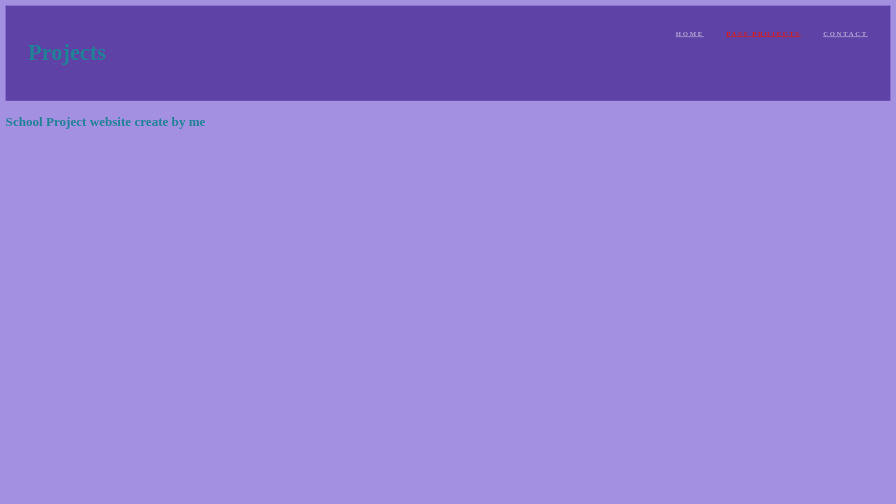
Repository: NyleNC/main
Page: projects.html
An editor plug-in stored every save of this project. The page is shown before and after the next save, followed by the edit.
The browser window is 1280 px wide. The pictures show the part of the page from y = 0 to 1920 px (the page is 720 px tall before and 3153 px after), at 70% of full size.

Above is the page before, as saved 2024-11-07 00:18:35.

### projects.html
<!DOCTYPE html>
<html lang="en">
<head>
    <meta charset="UTF-8">
    <meta name="viewport" content="width=device-width, initial-scale=1.0">
    <title>Nyle Bumanglag</title>
    <link rel="stylesheet" href="style.css">
</head>
<header id="header"><h1>Projects</h1>
    <nav>
        <ul>
            <li><a href="index.html">Home</a></li>
            <li><a href="projects.html" class="active">Pass Projects</a></li>
            <li><a href="Contact.html">Contact</a></li>
        </ul>
    </nav>
</header>
<body>
    <section>
        <div>
            <h3>School Project website create by me </h3>
        </div>



    </section>
</body>
</html>

### style.css
body{
    background: #a490e1;
    color: rgb(32, 129, 151);
}

#header {
    display: -moz-flex;
    display: -webkit-flex;
    display: -ms-flex;
    display: flex;
    background-color: #5e42a6;
    cursor: default;
    padding: 1.75em 2em;
}

    #header > .title {
        border: 0;
        color: #ffffff;
        display: block;
        font-size: 1.25em;
        font-weight: bold;
    }

    #header > nav {
        -moz-flex: 1;
        -webkit-flex: 1;
        -ms-flex: 1;
        flex: 1;
        text-align: right;
    }

        #header > nav > ul {
            margin: 0;
            padding: 0;
        }

            #header > nav > ul > li {
                display: inline-block;
      margin-left: 1.75em;
                padding: 0;
                vertical-align: middle;
            }

                #header > nav > ul > li:first-child {
                    margin-left: 0;
                }

                #header > nav > ul > li a {
                    border: 0;
                    color: rgba(255, 255, 255, 0.542);
                    display: inline-block;
                    font-size: 0.6em;
                    font-weight: bold;
                    letter-spacing: 0.25em;
                    text-transform: uppercase;
                }

                    #header > nav > ul > li a:hover {
                        color: rgb(144, 225, 164)
                    }

                    #header > nav > ul > li a.active {
                        color: #dd1a1a;
                    }

                    .image.fit {
                        display: block;
                        margin: 0 0 2em 0;
                        width: 100%;
                    }

                        .image.fit img {
                            width: 100%;
                        }

After the next save:
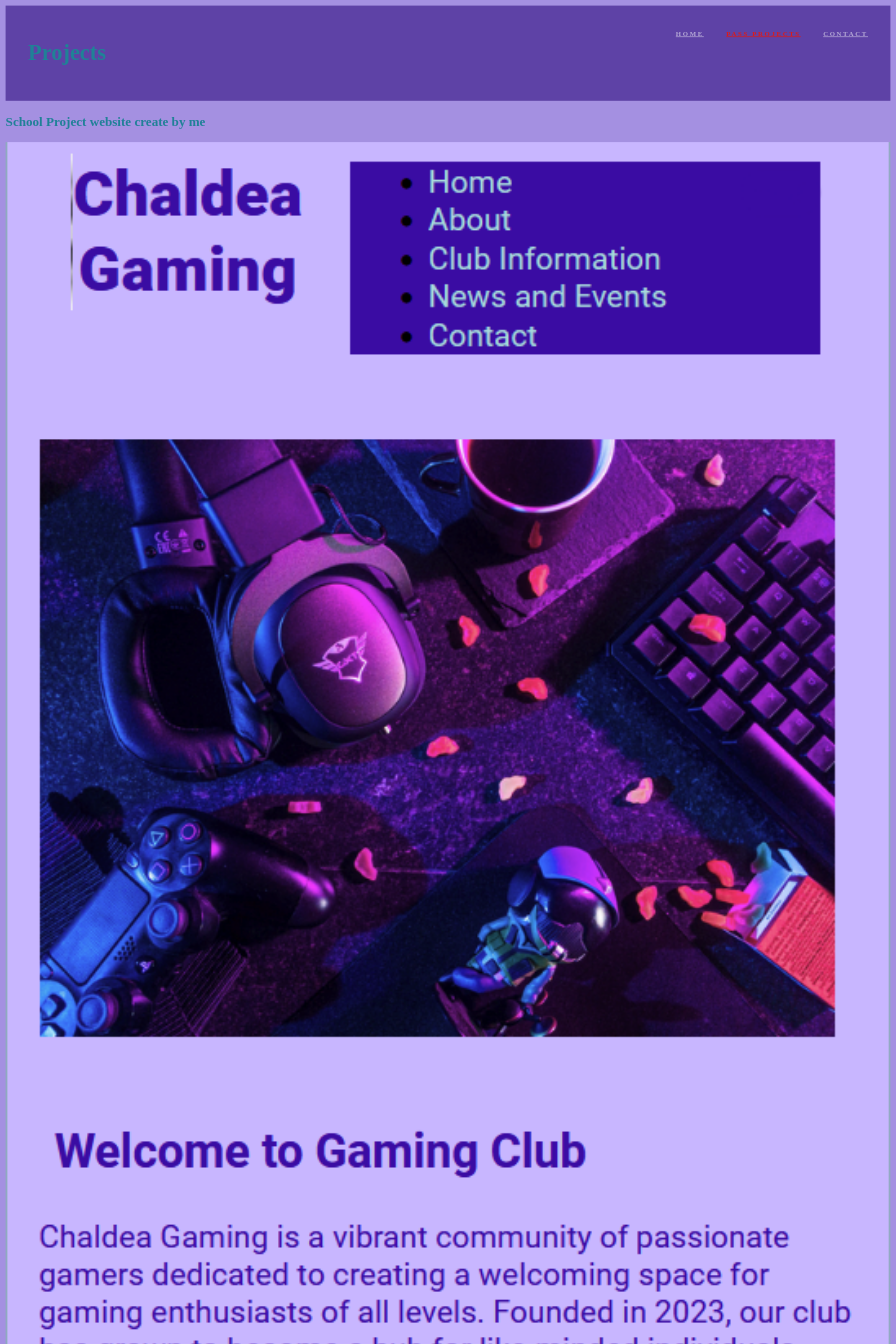
Saved 3 s later.
--- a/projects.html
+++ b/projects.html
@@ -19,6 +19,7 @@
     <section>
         <div>
             <h3>School Project website create by me </h3>
+            <img src="Images/website.png" alt="website" class="image fit">
         </div>
 
 

After the 2 saves that followed:
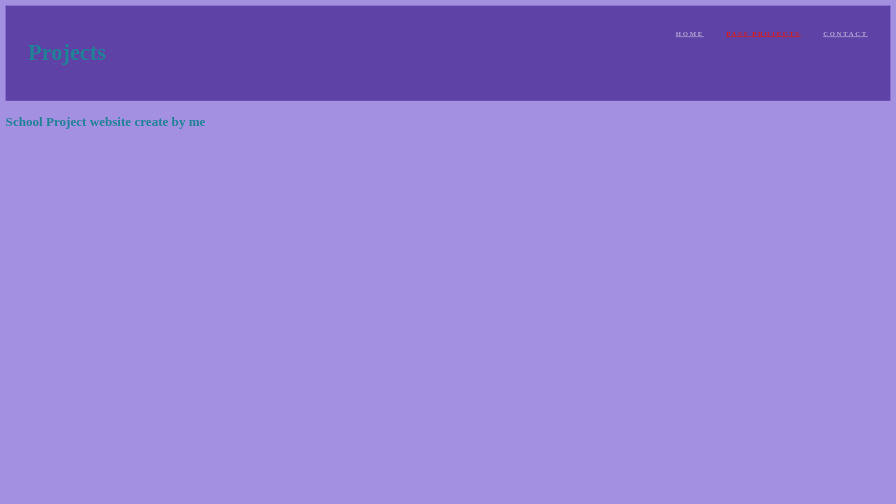
The 2 saves are shown as one change because 1 left the picture as it was.
The last was saved 2 min 15 s later.
--- a/projects.html
+++ b/projects.html
@@ -17,9 +17,11 @@
 </header>
 <body>
     <section>
-        <div>
+        <div class="content">
+            <div class="inner">
             <h3>School Project website create by me </h3>
-            <img src="Images/website.png" alt="website" class="image fit">
+            <img src="Images/website.png" alt="website>
+        </div>
         </div>
 
 
